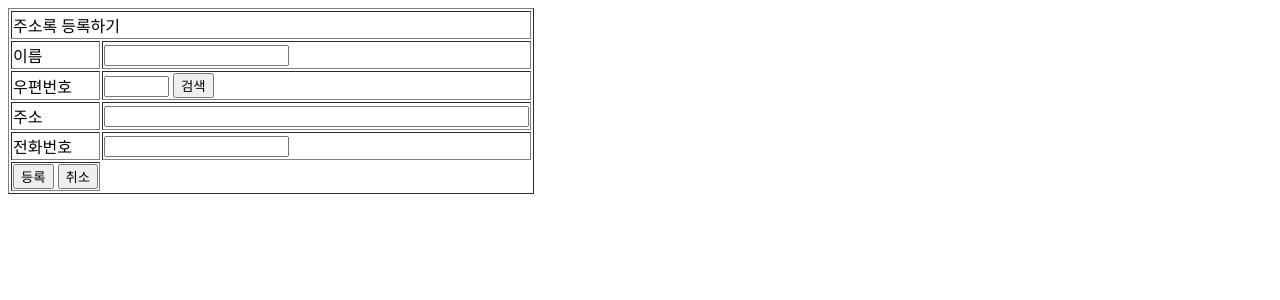
Repository: yubeens/JSP
Page: http://localhost/JSP_Project/address/insert.jsp
The author's editor kept a copy of each file at every save. The page is drawn from the files as they stood at one save, then again after the next save.
The browser window is 1280 px wide. The pictures show the whole page.
The page is served by Tomcat 9. Other server files are loaded and not shown.

Above is the page before, as saved 2025-02-28 03:23:48.

### JSP_Project/src/main/webapp/address/insert.jsp
<%@ page language="java" contentType="text/html; charset=UTF-8"
    pageEncoding="UTF-8"%>
<!DOCTYPE html>
<html>
<head>
<meta charset="UTF-8">
<title>Insert title here</title>
</head>
<body>
<form action="insertProcess.jsp">
        <table border=1>
        	<tr>
        		<td colspan="2">주소록 등록하기</td>
            <tr>
                <td>이름</td>
                <td><input type="text" name="name"></td>
            </tr>
            <tr>
                <td>우편번호</td>
                <td>
                    <input type="text" size=5 name="zipcode">
                    <button type="button">검색</button>
                </td>
            </tr>
            <tr>
                <td>주소</td>
                <td><input type="text" size=50 name="address"></td>
            </tr>
            <tr>
                <td>전화번호</td>
                <td><input type="text" name="tel"></td>
            </tr>
            <tr>
                <td>
                    <button type="submit" value="등록">등록</button>
                    <button type="reset" value="취소">취소</button>
                </td>
            </tr>
        </table>
    </form>

</body>
</html>

After the next save:
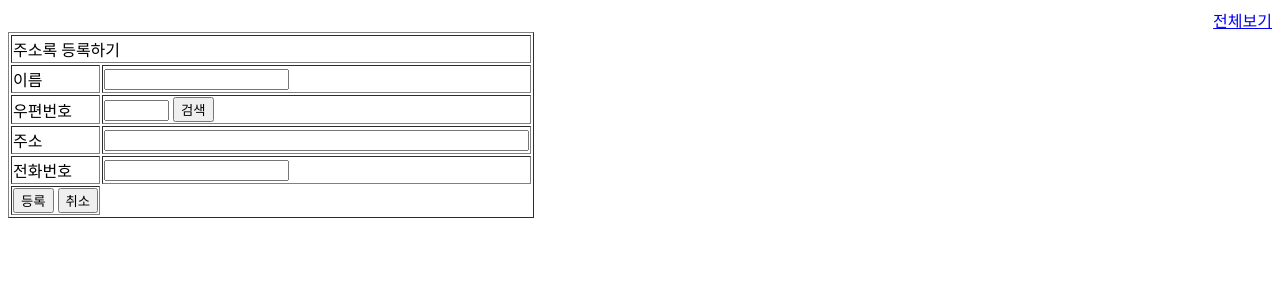
Saved 48 s later.
--- a/JSP_Project/src/main/webapp/address/insert.jsp
+++ b/JSP_Project/src/main/webapp/address/insert.jsp
@@ -7,6 +7,9 @@
 <title>Insert title here</title>
 </head>
 <body>
+<div align="right">
+<a href="list.jsp">전체보기</a>
+</div>
 <form action="insertProcess.jsp">
         <table border=1>
         	<tr>
